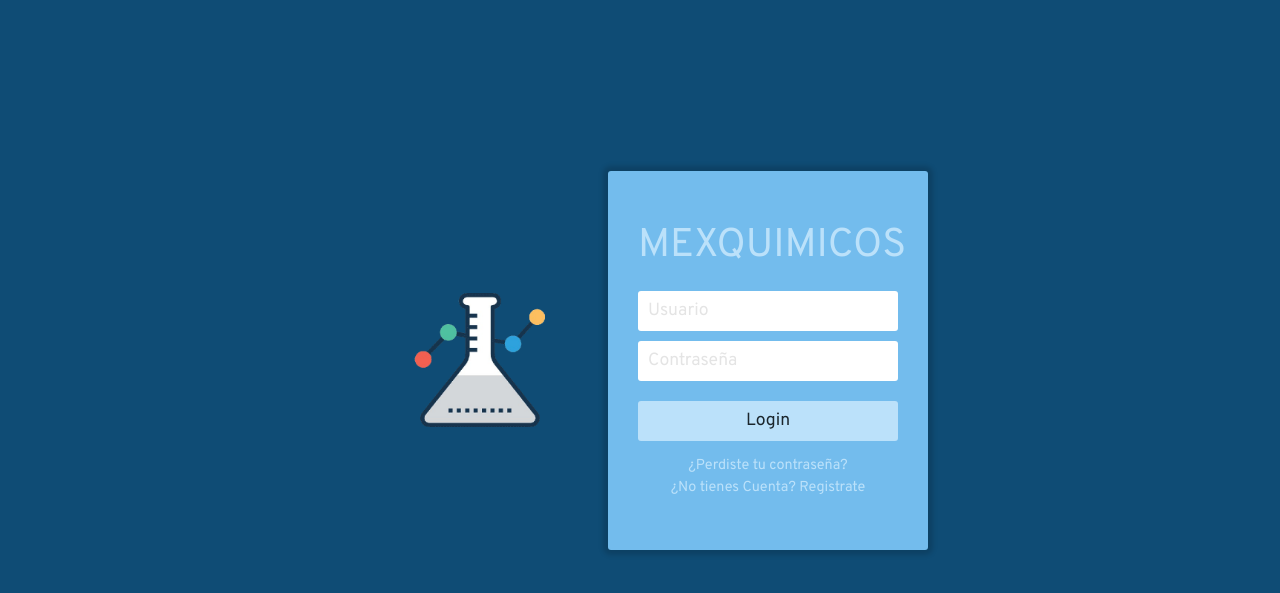
Repository: iDiv3r/MexiQuimicosIsay
Page: Index.html
These files come from the project's save history. The page is drawn as it stood at one moment and after the next save; the edit follows.
The browser window is 1280 px wide. The pictures show the whole page.

Above is the page before, as saved 2023-11-26 16:12:50.

After the next save:
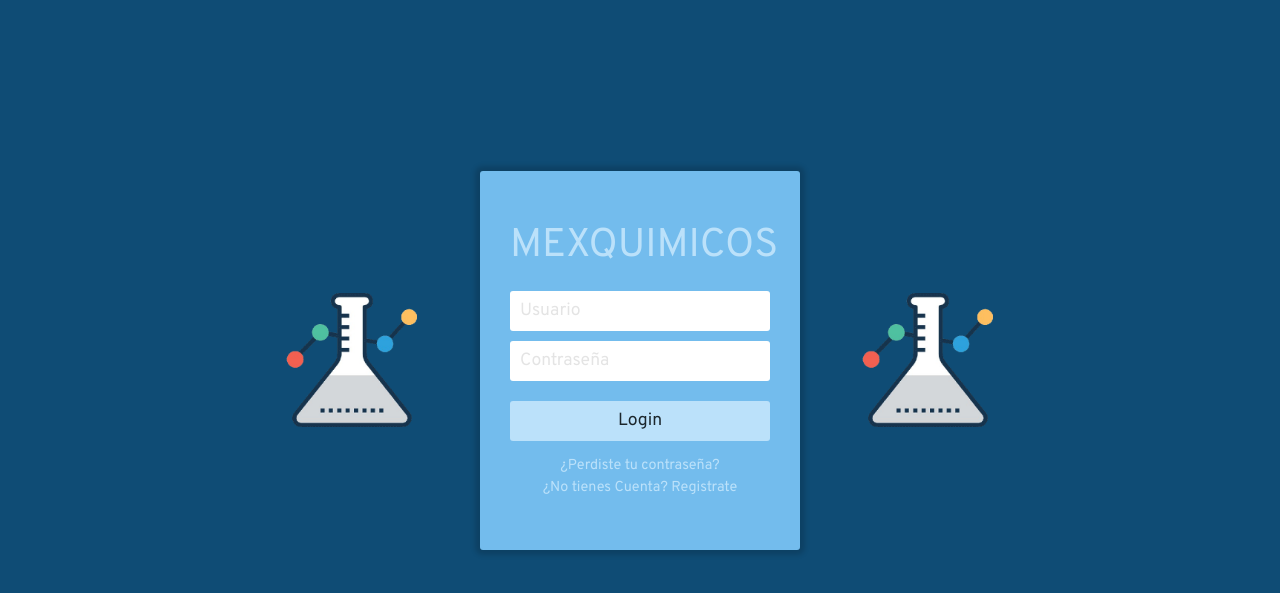
Saved 20 s later.
--- a/Index.html
+++ b/Index.html
@@ -45,6 +45,7 @@
                     </div>
                 </div>
             </div>
+            <img src="img/L1.png" alt="logo" class="logo">
         </div>
     </body>
 </html>
